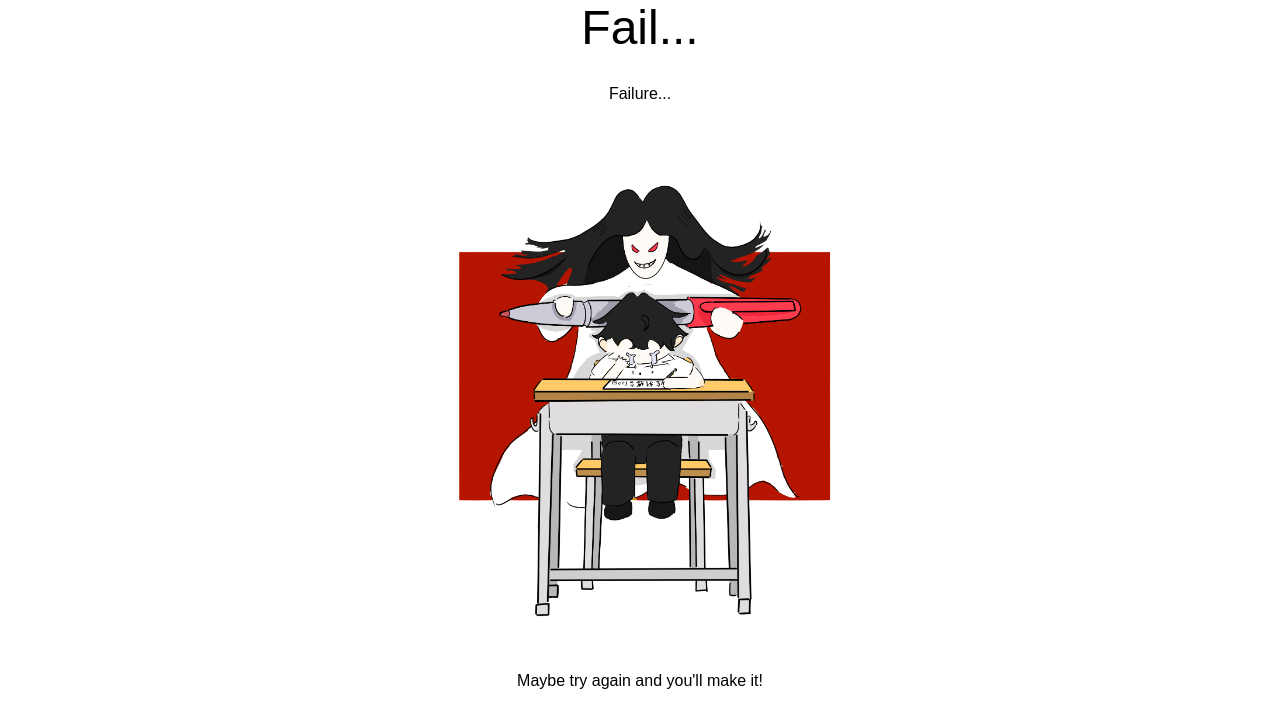
Repository: sean12-2007/Jailbreaker
Page: public/src/pages/endPage_failure.html
These files come from the project's save history. The page is drawn as it stood at one moment and after the next save; the edit follows.
The browser window is 1280 px wide. The pictures show the whole page.

Above is the page before, as saved 2024-08-09 20:39:12.

After the next save:
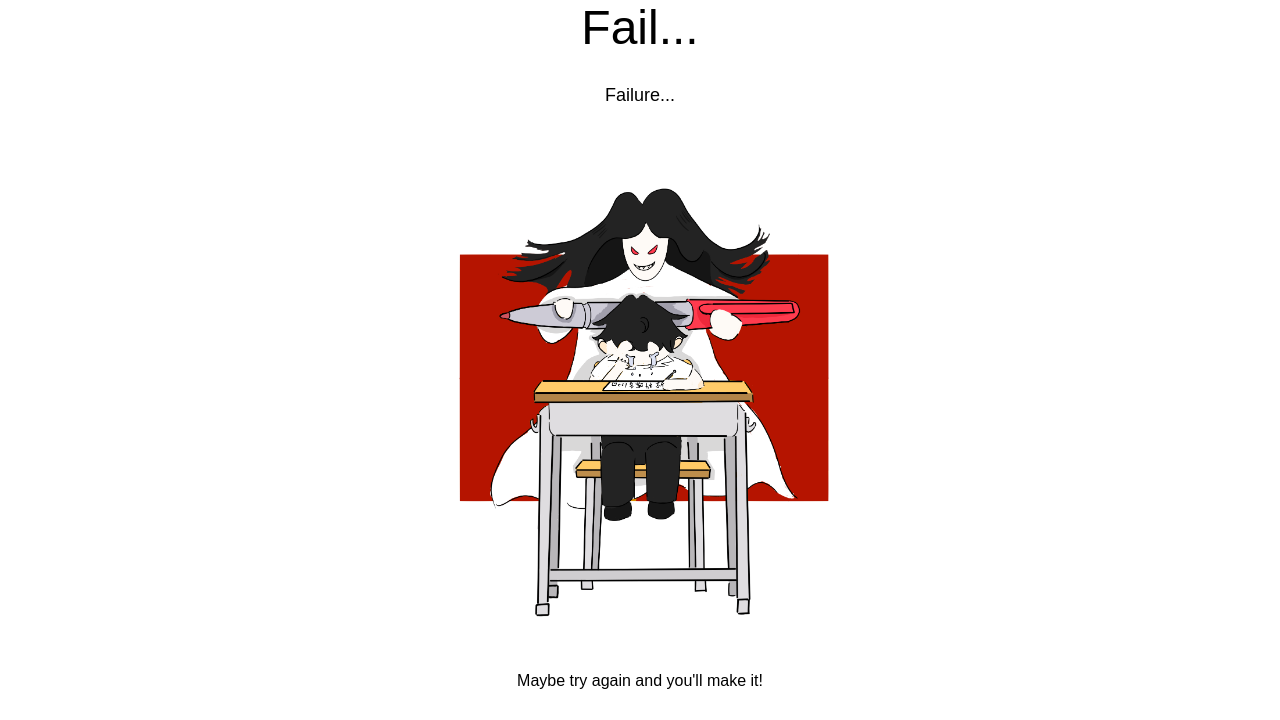
Saved 8 s later.
--- a/public/src/pages/endPage_failure.html
+++ b/public/src/pages/endPage_failure.html
@@ -44,7 +44,7 @@
     </style>
   </head>
   <body>
-    <div class="box"><font size="3"> Failure...</font></div>
+    <div class="box"><font size="4"> Failure...</font></div>
     <div class="box large-box failure-box"></div>
     <div class="box failure-box">Maybe try again and you'll make it!</div>
   </body>
